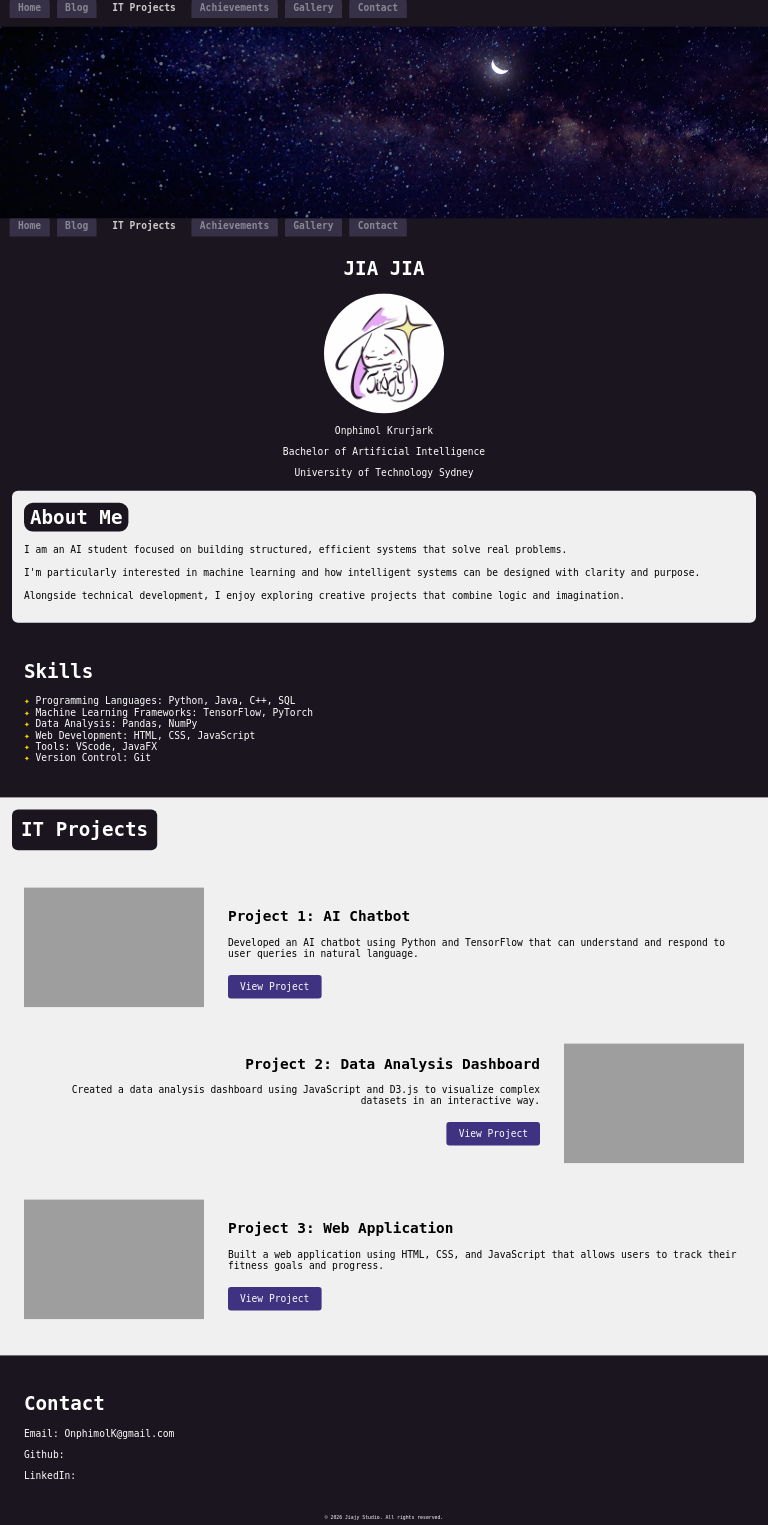
Repository: JMauve2233248/JiajyStudio
Page: ITprojects.html
These files come from the project's save history. The page is drawn as it stood at one moment and after the next save; the edit follows.
The browser window is 1280 px wide. The pictures show the whole page, at 60% of full size.
Pictures or frames that could not be fetched are drawn as grey boxes.

Above is the page before, as saved 2026-03-05 00:25:36.

After the next save:
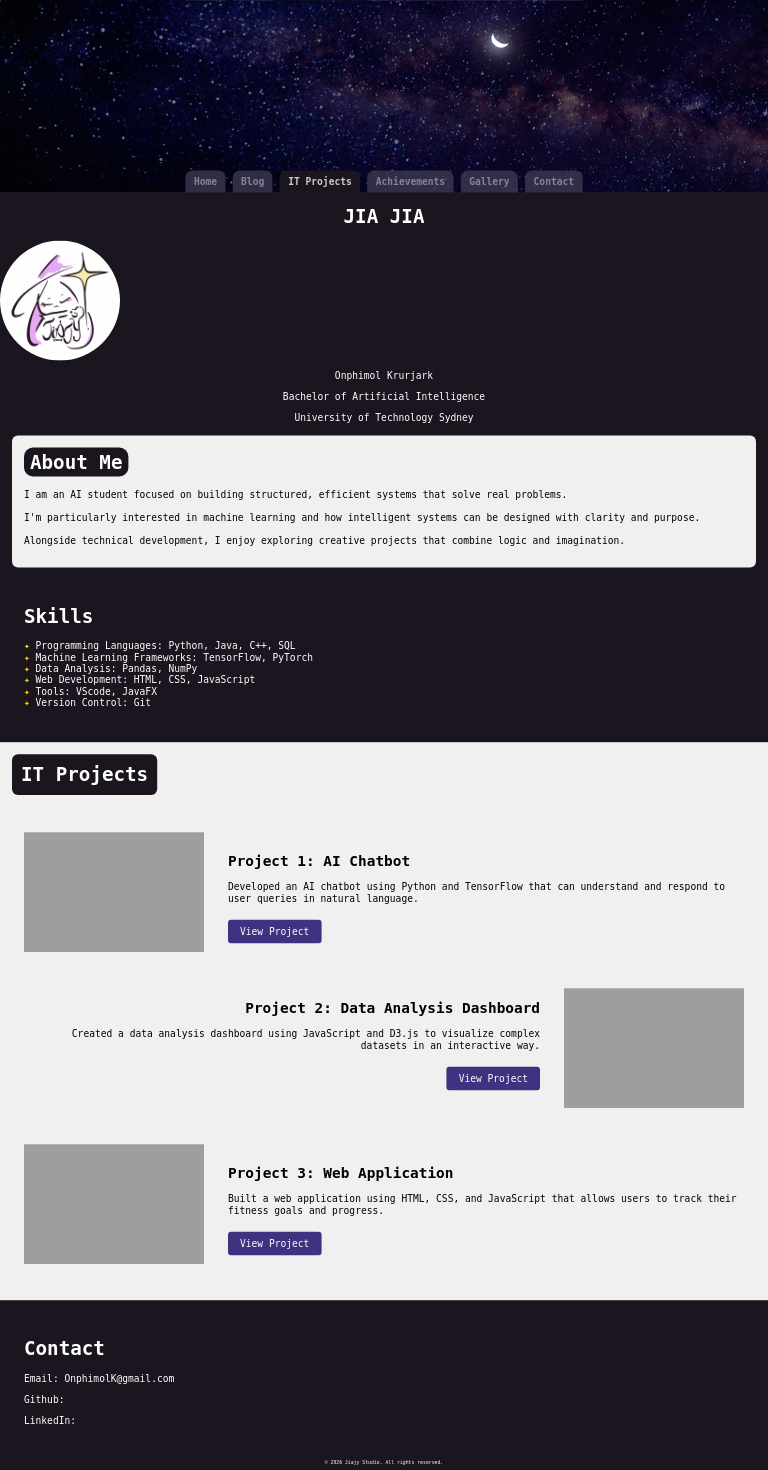
Saved 69 s later.
--- a/css/main.css
+++ b/css/main.css
@@ -34,6 +34,10 @@
     user-select: none;
     -webkit-user-drag: none;
     pointer-events: none;
+
+    max-width: 100%;
+    height: auto;
+    display: block;
 }
 
 /*========================= Moon Button on Top-right =========================*/
@@ -141,35 +145,21 @@
     height: 1px;
 }
 
-.tabs-wrap {
-    width: 100%;
-    overflow-x: auto; /* Allow horizontal scrolling on smaller screens */
-    overflow-y: hidden; /* Hide vertical scrollbar */
-
-    -webkit-overflow-scrolling: touch; /* Smooth scrolling on mobile */
-    scrollbar-width: none; /* Hide scrollbar in Firefox */
-}
-
-.tabs-wrap::-webkit-scrollbar {
-    display: none; /* Hide scrollbar in WebKit browsers */
-}
-
 .tabs {
-    display: inline-flex;
+    display: flex;
     gap: 12px;
-    white-space: nowrap; /* Prevent tabs from wrapping to the next line */
-
-    padding: 16px;
+
+    align-items: flex-end;
+    padding: 0 16px;
     border-radius: 2px;
     background: none;
     position: relative;
-    margin-top: -38px;
+    margin-top: -39px;
+    justify-content: center;
     z-index: 10;
 }
 
 .tab {
-    flex: 0 0 auto; /* Prevent tabs from shrinking or growing */
-
     position: relative;
     padding: 10px 14px 8px;
     color: rgba(255, 255, 255, 0.416);
@@ -222,6 +212,8 @@
     display: block;
 }
 
+
+
 /*========================= Tooltip =========================*/
 [data-tooltip] {
     position: relative;
